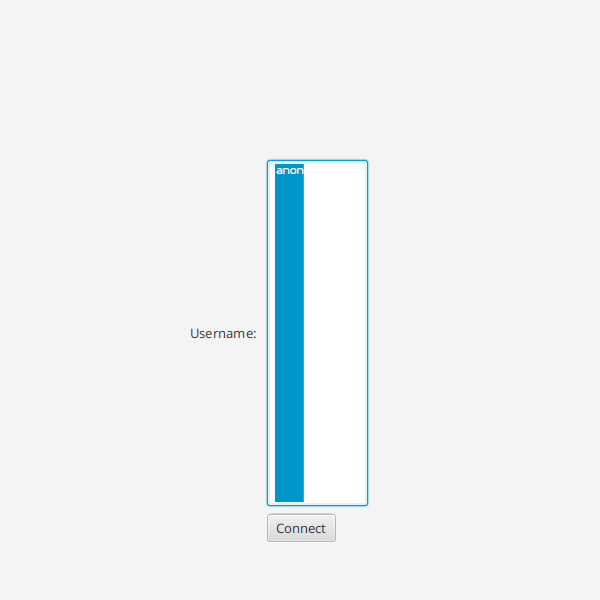
Repository: silic4-ivey/River
Program's window: java RiverClient/src/Main.java
An editor plug-in stored every save of this project. The program's window is shown before and after the next save, followed by the edit.
It runs on Java 21 on a 1366 x 768 screen with JavaFX 11; the title bar is not drawn. It also reads RiverClient/resources/fonts/Modeseven-L3n5.ttf.

Above is the program's window before, as saved 2021-08-16 18:22:14.

### RiverClient/src/Main.java
import javafx.application.Application;
import javafx.event.ActionEvent;
import javafx.event.EventHandler;
import javafx.scene.Scene;
import javafx.scene.control.Button;
import javafx.scene.layout.StackPane;
import javafx.stage.Stage;
public class Main extends Application{

	private MainUI mainUI;

	public static void main(String args[]) {
		launch (args);
	}

	@Override
	public void start(Stage primaryStage) throws Exception{

		mainUI = new MainUI(primaryStage);

	}
}

### RiverClient/src/MainUI.java
import javafx.geometry.Pos;
import java.io.FileInputStream;
import java.io.FileNotFoundException;
import java.io.File;
import javafx.scene.Scene;
import javafx.scene.control.Button;
import javafx.scene.layout.StackPane;
import javafx.scene.layout.VBox;
import javafx.scene.paint.Color;
import javafx.stage.Stage;
import javafx.scene.control.TextField;
import java.util.Random;
import javafx.scene.layout.GridPane;
import javafx.scene.control.Label;
import javafx.scene.text.Font;
import javafx.scene.text.Text;
import javafx.scene.control.ScrollPane;

public class MainUI {

	private RiverClient rc;
	private String userName = "anon";
	private int size = 600;
	private Stage window;
	private Text textBox = new Text();
	private final String modeSeven = "Modeseven-L3n5.ttf";
	private final String fontPath = "./resources/fonts/";

	public MainUI(Stage primaryStage) throws Exception{
		window = primaryStage;

		Label userLbl = new Label("Username:");
		TextField text = new TextField("anon");

		try {
			Font terminalFont = Font.loadFont(new FileInputStream(new File(fontPath + modeSeven)),12);

			text.setFont(terminalFont);

		}catch(FileNotFoundException e) {
			e.printStackTrace();
		}


		Button connectButton = new Button("Connect");
		connectButton.setOnAction(e ->startConnection(text.getText()));   ///////////////////////////////

		//VBox layout1 = new VBox();
		//layout1.getChildren().addAll(userLbl,text,connectButton);

		GridPane layout1 = new GridPane();

		layout1.setVgap(8);
		layout1.setHgap(10);

		/*layout1.add(userLbl, size/2 -1, size/2);
		layout1.add(text, size/2, size/2);
		layout1.add(connectButton, size/2, size/2 -1);*/

		GridPane.setConstraints(userLbl, 19, 20);
		GridPane.setConstraints(text, 20, 20);
		GridPane.setConstraints(connectButton, 20, 21);

		layout1.getChildren().addAll(userLbl,text,connectButton);

		layout1.setGridLinesVisible(false);
		Scene scene1 = new Scene(layout1, size, size);
		scene1.setFill(Color.BLACK);

		window.setScene(scene1);
		window.setTitle("The River");
		window.show();

		/*RiverClient cs = RiverClient.getInstance();
		cs.writeTo();
		cs.closeAccess();*/
	}

	public void startConnection(String userName) {
		initializeClient();  ///////////////////////////////////////////////////
		setUser(userName);
		switchStage();
	}

	public void initializeClient() {
		rc = RiverClient.getInstance();
	}

	public void setUser(String userName) {
		this.userName = userName;
	}

	public void switchStage() {

		ServerReader sr = new ServerReader(rc, this);

		Label userLbl = new Label(userName + ": ");
		TextField text = new TextField("Type Here");

		Button sendButton = new Button("Send");
		sendButton.setOnAction(e -> rc.writeTo(text.getText(), userName));   /////////////////////////////// create a logoff button

		Button logoffButton = new Button("Logoff");
		logoffButton.setOnAction(e -> rc.closeAccess());   /////////////////////////////// create a logoff button

		//Text textBox = new Text();


		GridPane layout1 = new GridPane();

		layout1.setVgap(8);
		layout1.setHgap(10);

		GridPane.setConstraints(userLbl, 19, 2);
		GridPane.setConstraints(text, 20, 2);
		GridPane.setConstraints(sendButton, 21, 2);
		GridPane.setConstraints(logoffButton, 22, 2);
		GridPane.setConstraints(textBox,20,0);


		layout1.getChildren().addAll(userLbl,text,sendButton, textBox, logoffButton);

		ScrollPane scrollPane = new ScrollPane();
		scrollPane.setPrefSize(1, 1);
		scrollPane.setContent(textBox);
		scrollPane.setVbarPolicy(ScrollPane.ScrollBarPolicy.ALWAYS);
		scrollPane.setHbarPolicy(ScrollPane.ScrollBarPolicy.ALWAYS);

		layout1.setGridLinesVisible(false); ////////// delete after
		Scene scene2 = new Scene(layout1, size, size);
		scene2.setFill(Color.BLACK);



		sr.start();  /////////////////////////////////

		window.setScene(scene2);
		window.setTitle("The River");
		window.show();

	}


	public void updateText(String s) {

		textBox.setText(textBox.getText() + "\n" + s);


	}



}

After the next save:
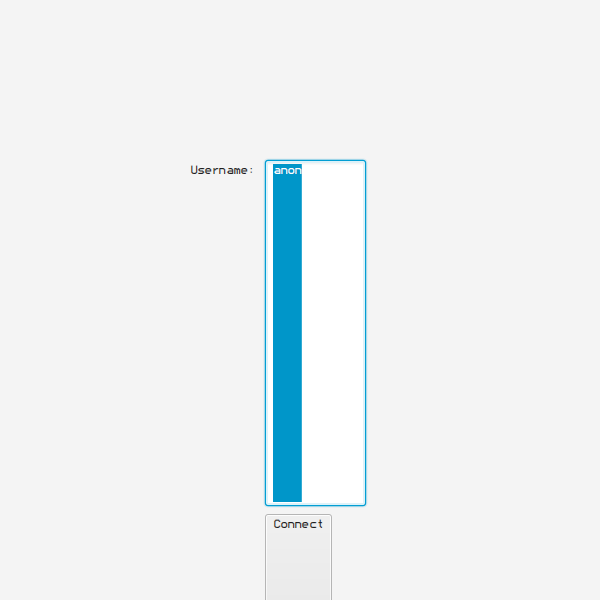
Saved 4 min 21 s later.
--- a/RiverClient/src/MainUI.java
+++ b/RiverClient/src/MainUI.java
@@ -32,21 +32,24 @@
 		Label userLbl = new Label("Username:");
 		TextField text = new TextField("anon");
 
-		try {
-			Font terminalFont = Font.loadFont(new FileInputStream(new File(fontPath + modeSeven)),12);
-
-			text.setFont(terminalFont);
-
-		}catch(FileNotFoundException e) {
-			e.printStackTrace();
-		}
-
 
 		Button connectButton = new Button("Connect");
 		connectButton.setOnAction(e ->startConnection(text.getText()));   ///////////////////////////////
 
 		//VBox layout1 = new VBox();
 		//layout1.getChildren().addAll(userLbl,text,connectButton);
+
+		try {
+			Font terminalFont = Font.loadFont(new FileInputStream(new File(fontPath + modeSeven)),12);
+
+			text.setFont(terminalFont);
+			userLbl.setFont(terminalFont);
+			connectButton.setFont(terminalFont);
+
+
+		}catch(FileNotFoundException e) {
+			e.printStackTrace();
+		}
 
 		GridPane layout1 = new GridPane();
 
